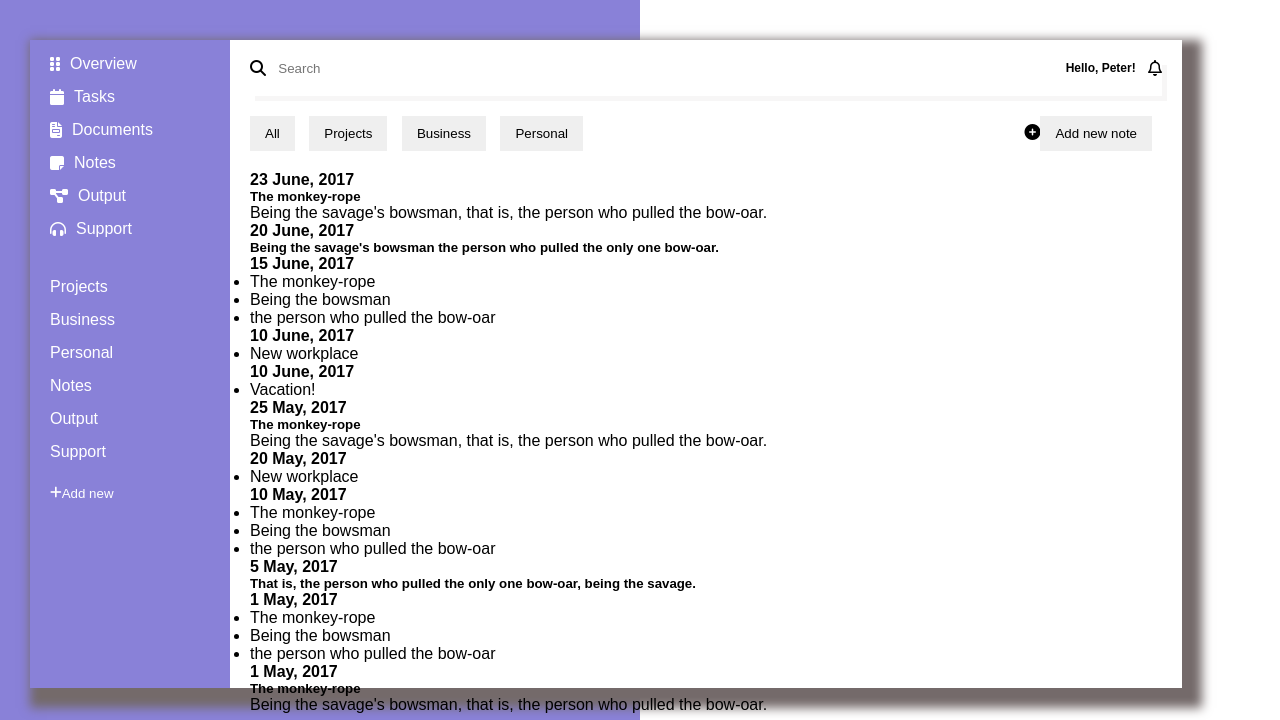
Repository: SatenikGabrielyan/HTML_CSS-_Assignment
Page: index.html
An editor plug-in stored every save of this project. The page is shown before and after a run of saves, followed by the edit.
The browser window is 1280 px wide. The pictures show the whole page.
Some web libraries are served in a nearby version.

Above is the page before, as saved 2025-03-18 00:42:52.

### index.html
<!DOCTYPE html>
<html lang="en">
  <head>
    <meta charset="UTF-8" />
    <meta name="viewport" content="width=device-width, initial-scale=1.0" />
    <title>Notes App</title>
    <link rel="stylesheet" href="./style.css" />
    <script src="https://kit.fontawesome.com/858d305f19.js" crossorigin="anonymous"></script>
</head>
  <body>
      <div class="cont">
          <div class="purp"></div>
          <div class="whit"></div>
      </div>
    <div class="container">
      <aside class="sidebar">
        <!-- <header class="circle">
            <i class="fa-regular fa-circle"></i>
        </header> -->
        <nav>
            <ul class="first">
                <li><i class="fa-solid fa-grip-vertical"></i>Overview</li>
                <li> <i class="fa-solid fa-calendar"></i>Tasks</li>
                <li><i class="fa-solid fa-file-invoice"></i>Documents</li>
                <li><i class="fa-solid fa-note-sticky"></i>Notes</li>
                <li><i class="fa-solid fa-diagram-project"></i>Output</li>
                <li><i class="fa-solid fa-headphones-simple"></i>Support</li>
            </ul>
            <ul class="second">
                <li>Projects</li>
                <li>Business</li>
                <li>Personal</li>
                <li>Notes</li>
                <li>Output</li>
                <li>Support</li>
            </ul>
        </nav>
        <button class="add-new"><i class="fa-solid fa-plus"></i>Add new</button>
        <div class="foot">

        </div>
    </aside>

    <main class="main-content">
       <div class="header">
            <i class="fas fa-search"></i>  <input type="text" placeholder="Search">
            <h3>Hello, Peter!</h3> <i class="fa-regular fa-bell"></i>
    </div>
    <div class="proj">
        <div class="but">
        <div class="tabs">
            <button>All</button>
            <button>Projects</button>
            <button>Business</button>
            <button>Personal</button>
        </div>
        <div >
            <i class="fa-solid fa-circle-plus"></i><button class="add tabs">Add new note</button>
        </div>
    </div>
        <!-- <div class="notes-grid">

            <div class="note-card">
                <h4>23 June, 2017</h4>
                <h5>The monkey-rope</h5>
                <p>Being the savage's bowsman, that is, the person who pulled the bow-oar.</p>
            </div>
            <div class="note-card">
                <h4>20 June, 2017</h4>
                <h5>Being the savage's bowsman</h5>
                <p>The person who pulled the only one bow-oar.</p>
            </div>
            <div class="note-card">
                <h4>1 June, 2017</h4>
                <h5>Vacation!</h5>
            </div>
            <div class="note-card">
                <h4>25 May, 2017</h4>
                <h5>The monkey-rope</h5>
                <p>Being the savage's bowsman, that is, the person who pulled the bow-oar.</p>
            </div>
            <div class="note-card">
                <h4>20 May, 2017</h4>
                <h5>New workplace</h5>
            </div>
            <div class="note-card">
                <h4>5 May, 2017</h4>
                <h5>That is, the person</h5>
                <p>Being the savage.</p>
            </div>
        </div> -->
        <div class="cards">
            <div class="card">
                <h4>23 June, 2017</h4>
                <h5>The monkey-rope</h5>
                <p>Being the savage's bowsman, that is, the person who pulled the bow-oar.</p>
            </div>
            <div class="card">
                <h4>20 June, 2017</h4>
                <h5>Being the savage's bowsman the person who pulled the only one bow-oar.</h5>
            </div>
            <div class="card">
                <h4>15 June, 2017</h4>
                <ul>
                <li>The monkey-rope</li>
                <li>Being the bowsman</li>
                <li>the person who pulled the bow-oar</li>
            </ul>
            </div>
            <div class="card">
                <h4>10 June, 2017</h4>
                <ul>
                    <li>New workplace</li>
                </ul>
            </div>
            <div class="card">
                <h4>10 June, 2017</h4>
                <ul>
                    <li>Vacation!</li>
                </ul>
            </div>
            <div class="card">
                    <h4>25 May, 2017</h4>
                    <h5>The monkey-rope</h5>
                    <p>Being the savage's bowsman, that is, the person who pulled the bow-oar.</p>
            </div>
            <div class="card">
                <h4>20 May, 2017</h4>
                <ul>
                    <li>New workplace</li>
                </ul>
            </div>
            <div class="card">
                <h4>10 May, 2017</h4>
                <ul>
                <li>The monkey-rope</li>
                <li>Being the bowsman</li>
                <li>the person who pulled the bow-oar</li>
            </ul>
            </div>
            <div class="card">
                <h4>5 May, 2017</h4>
                <h5>That is, the person who pulled the only one bow-oar, being the savage.</h5>
            </div>
            <div class="card">
                <h4>1 May, 2017</h4>
                <ul>
                <li>The monkey-rope</li>
                <li>Being the bowsman</li>
                <li>the person who pulled the bow-oar</li>
            </ul>
            </div>
            <div class="card">
                <h4>1 May, 2017</h4>
                <h5>The monkey-rope</h5>
                <p>Being the savage's bowsman, that is, the person who pulled the bow-oar.</p>
        </div>
        </div>
    </div>
    </main>

    </div>

  </body>
</html>

### style.css
/* CSS Variables for Colors */
:root {
    --bg-color: #fbfbfb;
    --primary-color: #8981d8;
    --secondary-color: #d0d0d0;
    --text-color: #858499;
    --highlight-color: #7f77cc;
    --hover-color: rgba(137, 129, 216, 0.5);
  }


  * {
    margin: 0;
    padding: 0;
    box-sizing: border-box;
  }

  body {
    font-family: Arial, sans-serif;
    /* background-color: var(--bg-color); */
    display: flex;
    height: 100vh;
  }
  .wrapper{
    position: relative;
  }

  .cont{
      display: flex;
      width: 100%;
      position: relative;
      z-index: -1;
      border-radius: 10px;
  }
.purp {
    width: 50%;
    background-color: var(--primary-color);
    flex-direction: row;
}
.whit {
    width: 50%;
    /* background-color: lightgray; */
    flex-direction: row;
}
  .container {
    display: flex;
    width: 90%;
    height: 90%;

    box-shadow: 10px 10px 10px 10px rgb(116, 106, 106);
    margin-left: 30px;
    margin-right: 30px;
    margin-top: 40px;
    margin-bottom: 80px;
    background: center;
    position: absolute;
    z-index: 2;
  }

   .sidebar {
    width: 200px;
    background-color: var(--primary-color);
    color: #fff;
    display: flex;
    flex-direction: column;
    /* padding: 20px; */
  }

  /* .main-content li {
    float: left;
  }

  .main-content li a {
    display: block;
    color: white;
    text-align: center;
    padding: 14px 16px;
    text-decoration: none;
  }

  .main-content li a:hover:not(.active) {
    background-color: #111;
  } */
  /* .first {
    list-style-type: none;
     list-style: none;
} */
.first li {
    margin: 15px 0;
    display: flex;
    align-items: center;
    cursor: pointer;
    padding-left: 20px;
}
  .sidebar-header h2 {
    margin-bottom: 20px;
  }

  .first li i {
    margin-right: 10px;
  }
  .second {
      margin-top: 40px;
  }
 .second li {
    margin: 15px 0;
    display: flex;
    align-items: center;
    cursor: pointer;
    padding-left: 20px;
 }
 .second li::marker {
    color: red;
  }
  .main-content {
    background-color: white;
    /* width: 200px; */
    flex-grow: 1;
    flex: 1;
    /* padding-top: 20px; */
     padding: 20px;
    /* overflow-y: auto;  */
  }

   /* header {
    display: flex;
    justify-content: space-between;
    align-items: center;
    margin-bottom: 20px;
  } */

  /*
  .header-left p {
    font-size: 1.2em;
    color: var(--text-color);
  }

  .header-right {
    display: flex;
    align-items: center;
  }

  .header-right i {
    margin-right: 20px;
    cursor: pointer;
  }

  .add-note-btn {
    background-color: var(--primary-color);
    color: #fff;
    border: none;
    padding: 10px 20px;
    cursor: pointer;
    display: flex;
    align-items: center;
  }

  .add-note-btn i {
    margin-right: 10px;
  }


  .notes-grid {
    display: grid;
    grid-template-columns: repeat(auto-fill, minmax(300px, 1fr));
    gap: 20px;
  }

  .note-item {
    background-color: #fff;
    border-radius: 8px;
    box-shadow: 0 2px 4px rgba(0, 0, 0, 0.1);
    overflow: hidden;
    display: flex;
    flex-direction: column;
    padding: 20px;
  }

  .note-item img {
    width: 100%;
    height: auto;
    border-radius: 8px;
    margin-bottom: 15px;
  }

  .note-item p {
    color: var(--text-color);
    font-size: 1em;
    line-height: 1.5;
  }


  .sidebar-list li:hover {
    background-color: var(--highlight-color);
    transition: background-color 0.3s ease;
  }


  @media (max-width: 768px) {
    .container {
      flex-direction: column;
    }

    .sidebar {
      width: 100%;
      flex-direction: row;
      justify-content: space-around;
      padding: 10px;
    }

    .sidebar-list {
      display: flex;
      flex-direction: row;
      gap: 15px;
    }

    .sidebar-list li {
      margin: 0;
    }

    .main-content {
      padding: 10px;
    }

    header {
      flex-direction: column;
      align-items: flex-start;
    }

    .header-right {
      margin-top: 10px;
    }

    .notes-grid {
      grid-template-columns: 1fr;
    }

    .note-item {
      padding: 10px;
    }

    .note-item img {
      margin-bottom: 10px;
    }
  } */
  /* .sidebar {
    background-color: #5e4b9a;
    color: white;
    width: 300px;
    padding: 20px;
} */

/* .sidebar header {
    font-size: 24px;
}

.sidebar nav ul {
    list-style: none;
    padding: 0;
}

.sidebar nav ul li {
    margin: 15px 0;
} */

.add-new {
    background-color: var(--primary-color);
    color: white;
    border: none;
    padding: 10px;
    cursor: pointer;
    display: flex;
    padding-left: 20px;
}

.header {
    display: flex;
    width: 100%;
    justify-content: space-between;
    align-items: center;
    background-color: white;
    box-shadow: 5px  5px rgb(247, 246, 246);
    padding-bottom: 20px;
}

.header input {
    border: none;
    margin: 0;
    width: 85%;
}

.header h3 {
    margin: 0;
    font-size: 12px;
}

.tabs {
    margin: 20px 0;
}

.tabs button {
    margin-right: 10px;
    padding: 10px 15px;
    border: none;
    /* background-color: #e2e2e2; */
    cursor: pointer;
}
.tabs :hover {
    background-color: var(--highlight-color);
    transition: background-color 0.3s ease;
  }

.notes-grid {
    display: grid;
    grid-template-columns: repeat(auto-fill, minmax(240px, 1fr));
    gap: 20px;
}
.but{
    display: flex;
    flex-direction: row;
    justify-content: space-between;
}
.add {
    margin-right: 10px;
    padding: 10px 15px;
    border: none;
    cursor: pointer;
}

.note-card {
    border: 1px solid #e2e2e2;
    border-radius: 10px;
    padding: 15px;
    background-color: #f9f9f9;
}

.note-card h4 {
    margin: 0;
    font-weight: normal;
}

.note-card h5 {
    margin: 10px 0;
}

After the next 2 saves:
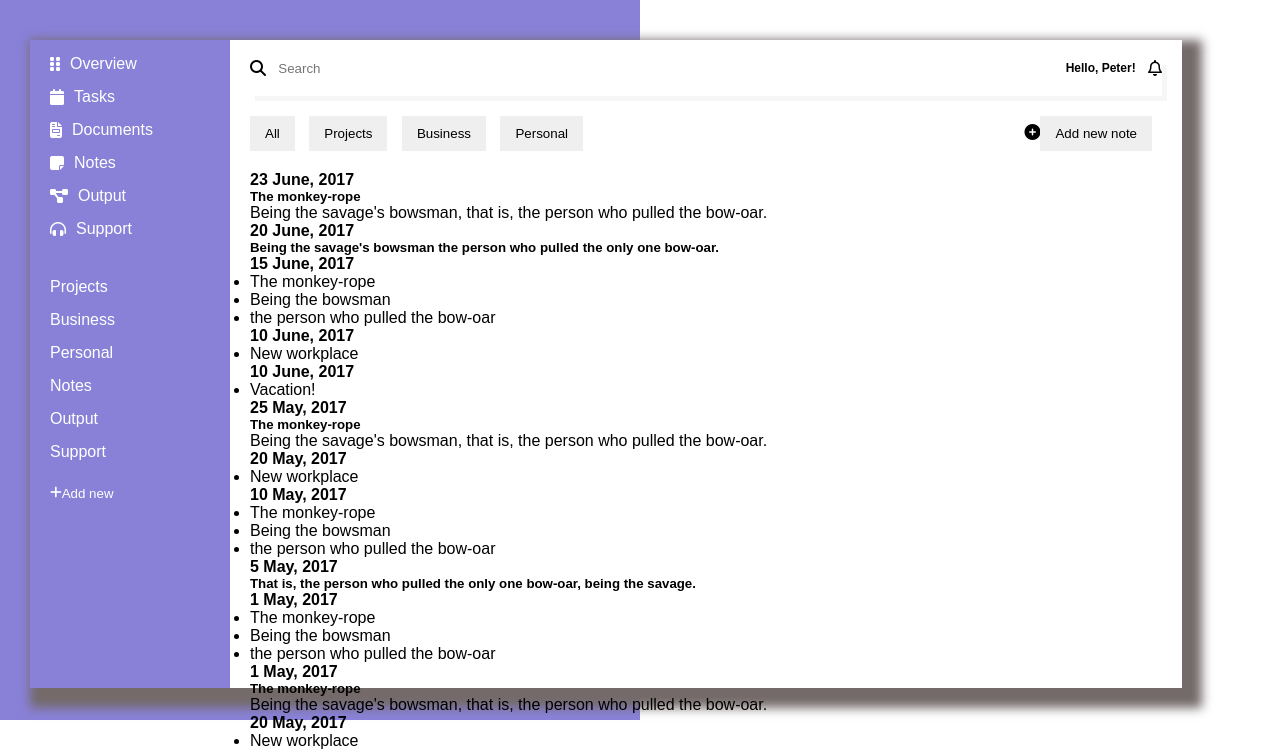
The 2 saves are shown as one change because they came seconds apart.
The last was saved 20 s later.
--- a/index.html
+++ b/index.html
@@ -154,7 +154,13 @@
                 <h4>1 May, 2017</h4>
                 <h5>The monkey-rope</h5>
                 <p>Being the savage's bowsman, that is, the person who pulled the bow-oar.</p>
-        </div>
+            </div>
+            <div class="card">
+                <h4>20 May, 2017</h4>
+                <ul>
+                    <li>New workplace</li>
+                </ul>
+            </div>
         </div>
     </div>
     </main>
